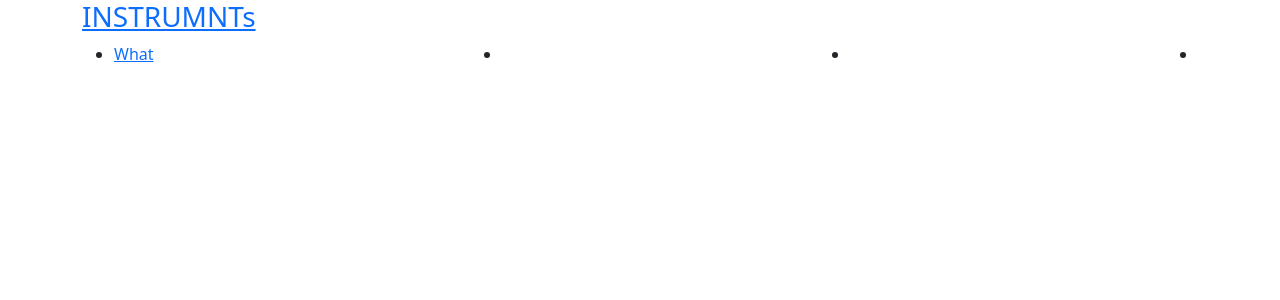
Repository: MazenAhmed0/INST_WebApp
Page: index.html
These files come from the project's save history. The page is drawn as it stood at one moment and after a run of saves; the edit follows.
The browser window is 1280 px wide. The pictures show the whole page.

Above is the page before, as saved 2024-12-30 17:11:32.

After the next 2 saves:
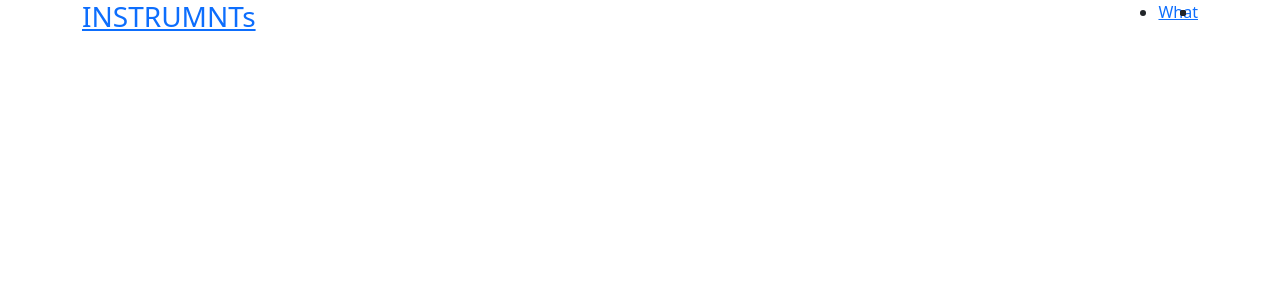
The 2 saves are shown as one change because they came seconds apart.
The last was saved 9 s later.
--- a/index.html
+++ b/index.html
@@ -10,7 +10,7 @@
 <body>
 
     <nav>
-        <div class="container">
+        <div class="container d-flex justify-content-between">
             <a href="#"><h3>INSTRUMNTs</h3></a>
             <ul class="d-flex justify-content-between ">
                 <li><a href="#">What</a></li>
